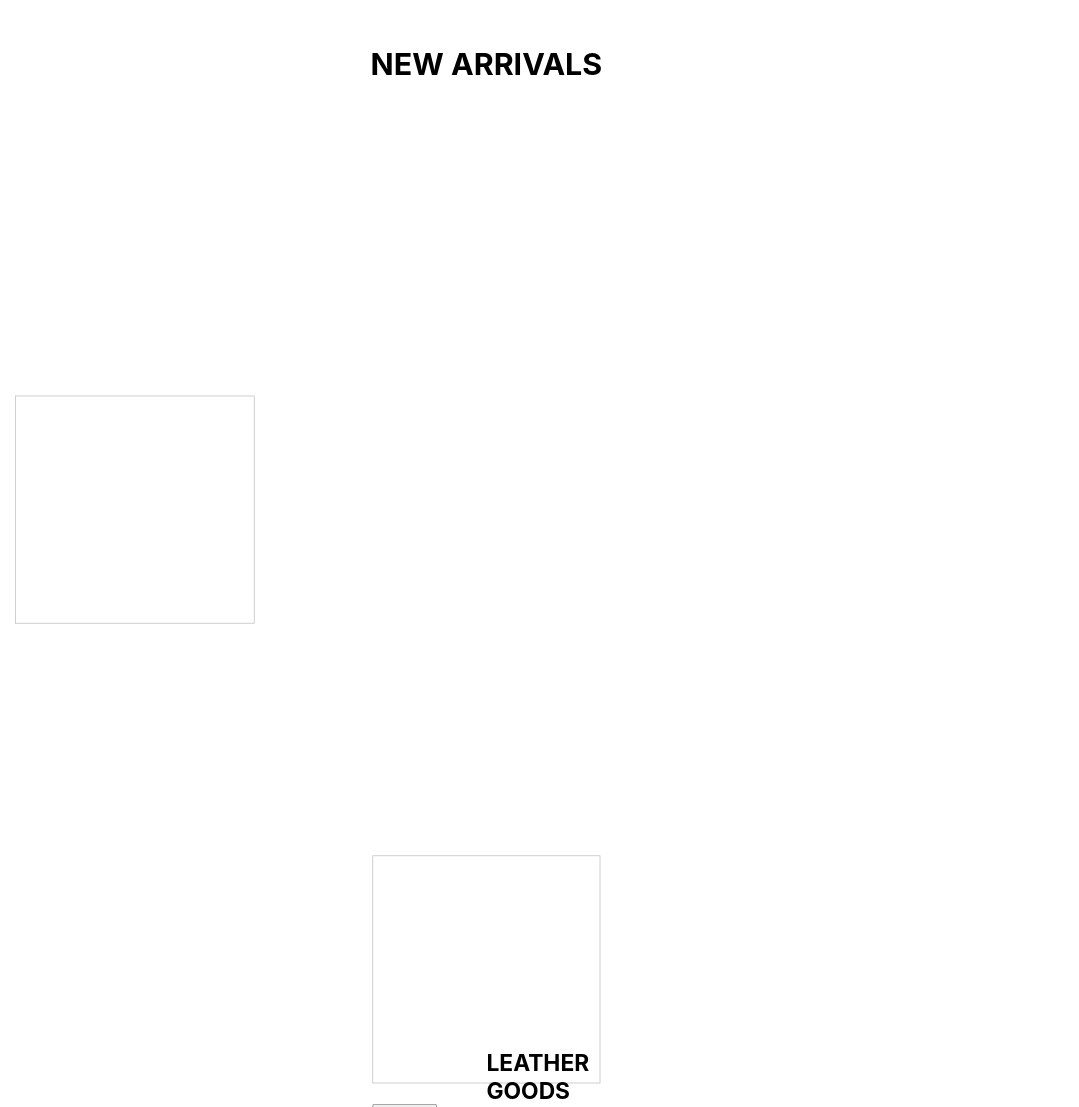
Repository: 0584386177/CuoiKiReactJs
Page: /
An editor plug-in stored every save of this project. The page is shown before and after the next save, followed by the edit.
The browser window is 1280 px wide. The page is 1420 px wide, so the pictures cover 1420 px, including what lies to the right of the window. The pictures show the part of the page from y = 390 to 1846 px (the page is 2490 px tall), at 76% of full size.
Pictures or frames that could not be fetched are drawn as grey boxes. The page's requests for data from a server got no answer. The project was rebuilt for these pictures with package versions that can differ from the ones it lists, and the page was loaded fresh each time. No one was signed in, and anything a server would have sent is missing. Also part of the build but not shown: src/components/Men/Men.jsx, src/components/Women/Women.jsx.

Above is the page before, as saved 2023-11-11 22:49:18.

After the next save:
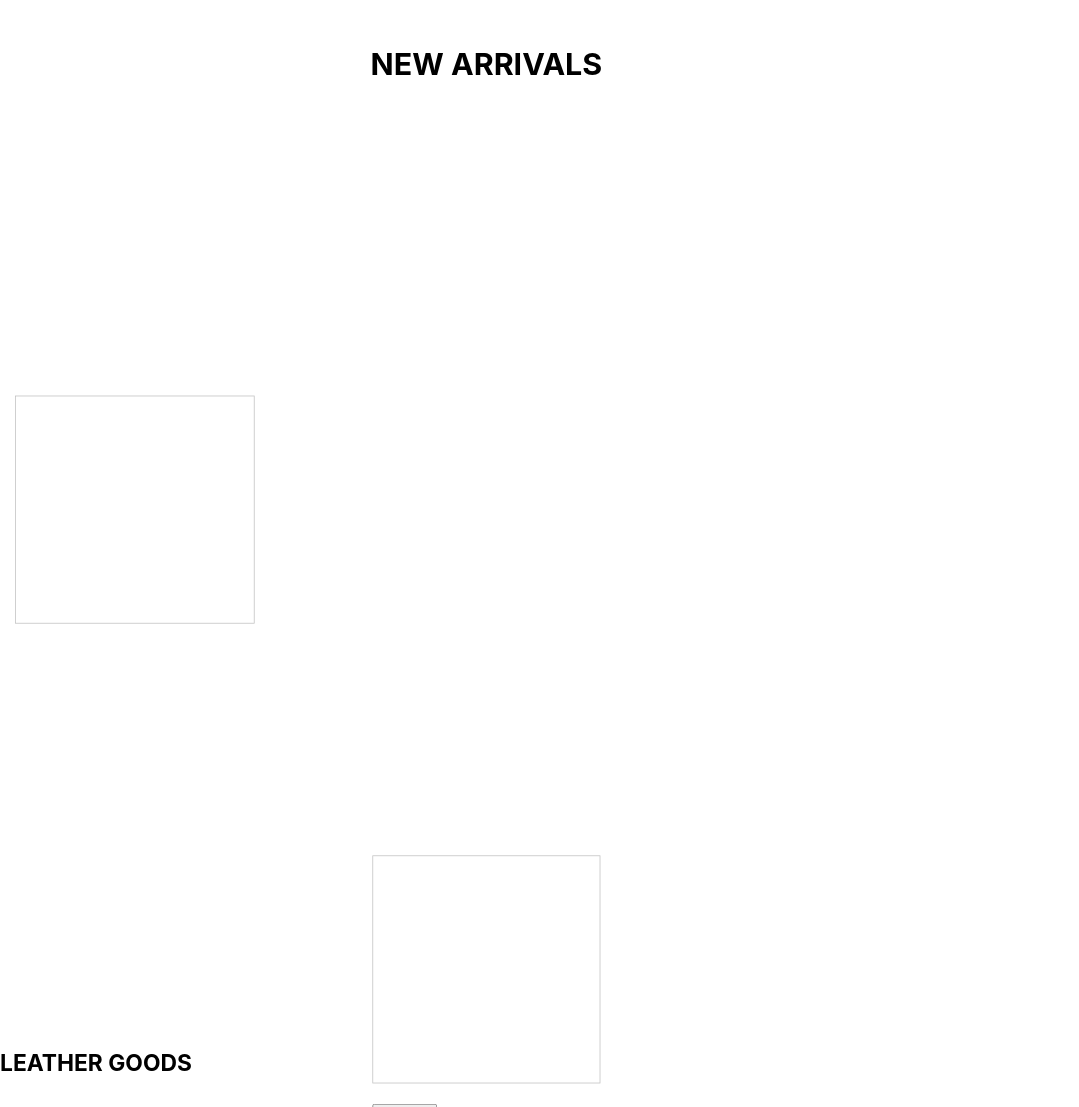
Saved 6 s later.
--- a/src/components/Page/LeatherGoods.jsx
+++ b/src/components/Page/LeatherGoods.jsx
@@ -9,7 +9,7 @@ const LeatherWrapper = styled.div`
 `
 const LeatherTitle = styled.h1`
     font-size: 30px;
-    margin : 0 50%;
+
 `
 const LeatherItems = styled.div`
       display: grid;
